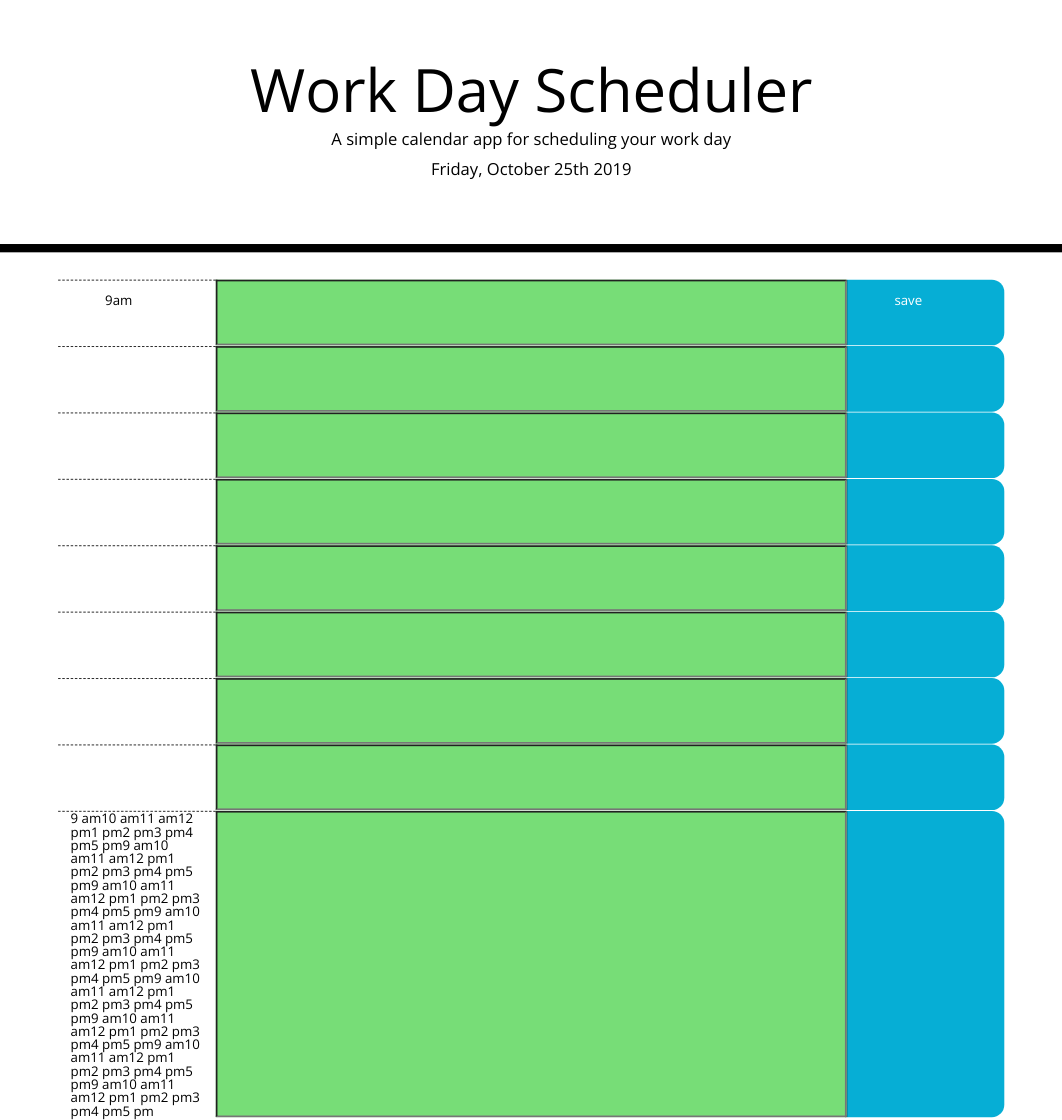
Repository: s88leigh/Day-Planner
Page: Develop/index.html
An editor plug-in stored every save of this project. The page is shown before and after the next save, followed by the edit.
The browser window is 1280 px wide. The pictures show the whole page, at 83% of full size.
Some web libraries are served in a nearby version.

Above is the page before, as saved 2019-10-25 21:26:42.

After the next save:
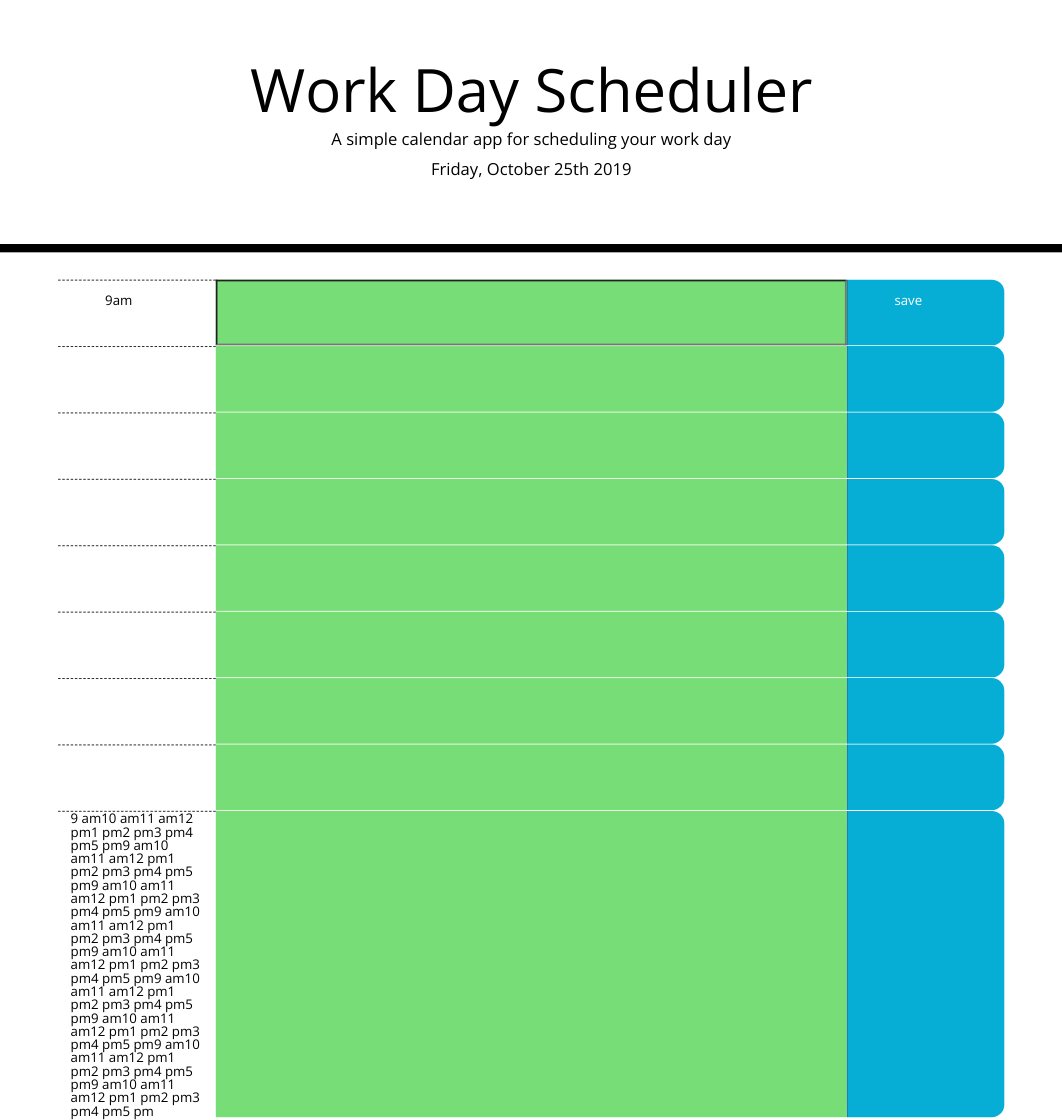
Saved 8 min 1 s later.
--- a/Develop/script.js
+++ b/Develop/script.js
@@ -10,7 +10,7 @@
     hour.addClass("col-2 hour");
     // hour.text[i];
 
-    dailyTask = $("<input>");
+    dailyTask = $("<inpu>");
     dailyTask.addClass("col-8");
     dailyTask.addClass("future");
 

After the save that followed:
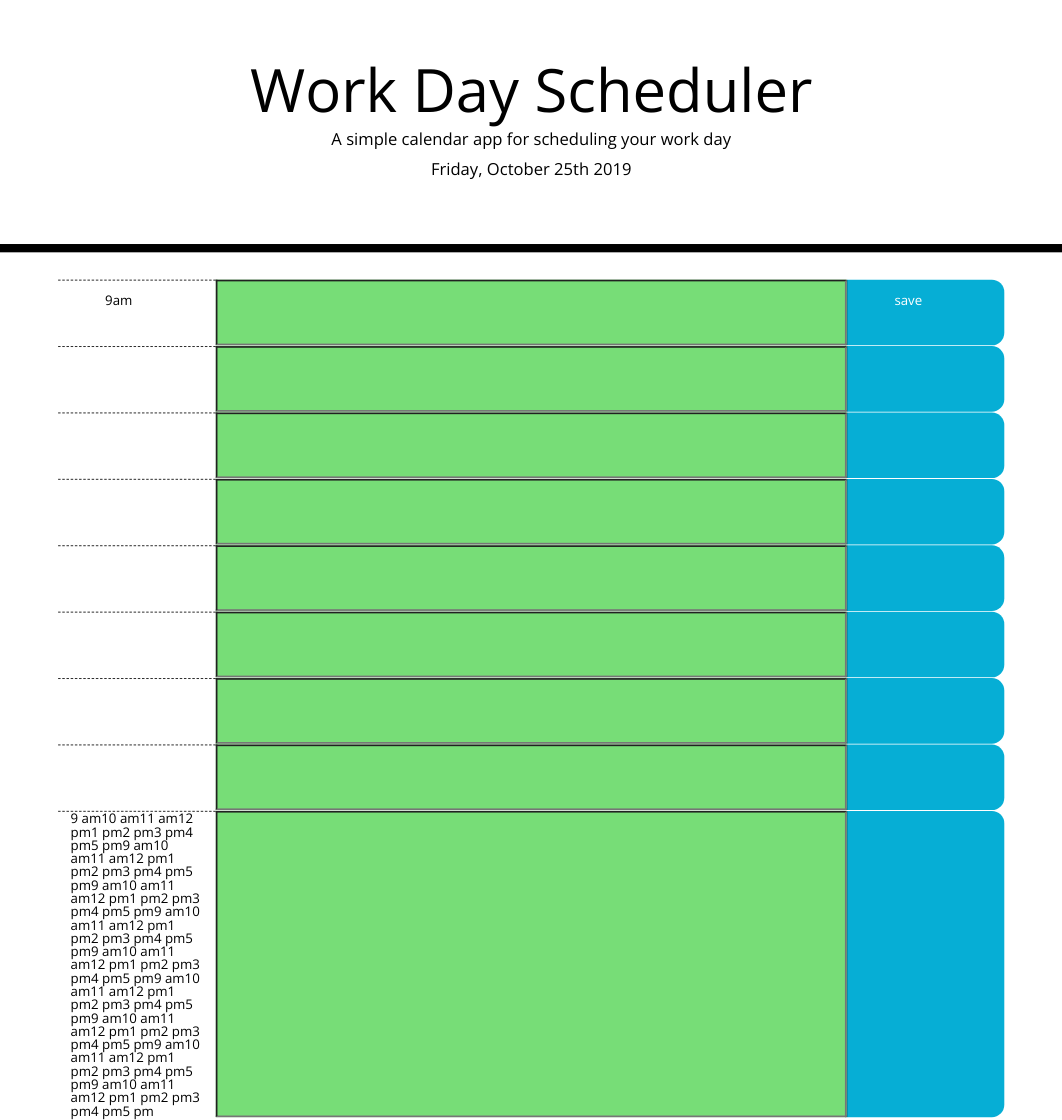
Saved 4 s later.
--- a/Develop/script.js
+++ b/Develop/script.js
@@ -10,7 +10,7 @@
     hour.addClass("col-2 hour");
     // hour.text[i];
 
-    dailyTask = $("<inpu>");
+    dailyTask = $("<input>");
     dailyTask.addClass("col-8");
     dailyTask.addClass("future");
 
